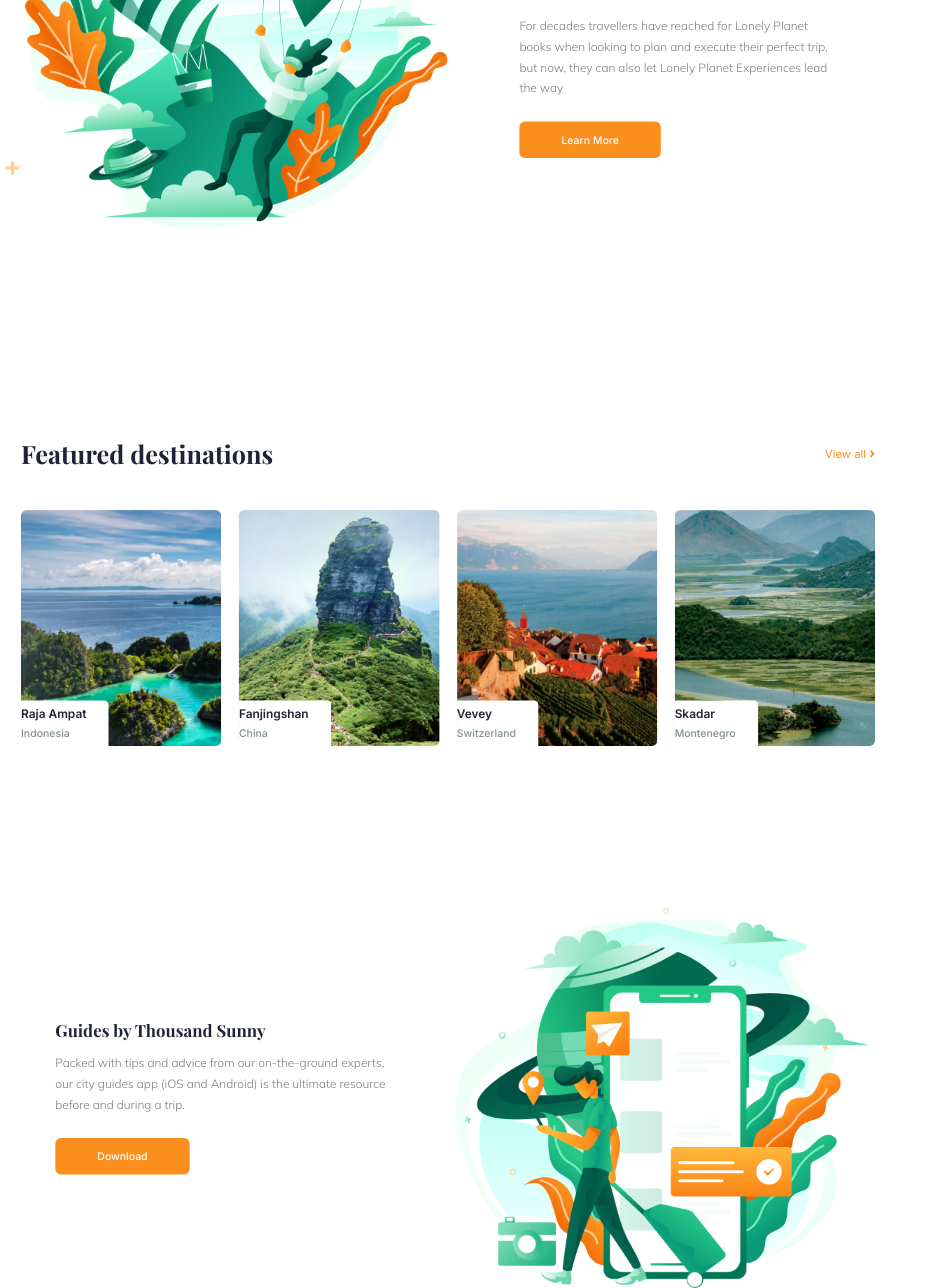
Repository: long5122000/sunny
Page: index.html
An editor plug-in stored every save of this project. The page is shown before and after the next save, followed by the edit.
The browser window is 1280 px wide. The page is 1335 px wide, so the pictures cover 1335 px, including what lies to the right of the window. The pictures show the part of the page from y = 1294 to 3134 px (the page is 3134 px tall), at 70% of full size.
The style sheet was rebuilt from its Sass, Less or Tailwind sources for each picture, by a compiler version that may differ from the author's.

Above is the page before, as saved 2021-11-24 22:46:16.

### index.html
<!DOCTYPE html>
<html lang="en">
  <head>
    <meta charset="UTF-8" />
    <meta http-equiv="X-UA-Compatible" content="IE=edge" />
    <meta name="viewport" content="width=device-width, initial-scale=1.0" />
    <title>Thousand Sunny</title>
    <link rel="preconnect" href="https://fonts.googleapis.com" />
    <link rel="preconnect" href="https://fonts.gstatic.com" crossorigin />
    <link
      href="https://fonts.googleapis.com/css2?family=Inter:wght@400;500;600&family=Mulish:wght@300&family=Playfair+Display:wght@700&display=swap"
      rel="stylesheet"
    />
    <link
      rel="stylesheet"
      href="https://use.fontawesome.com/releases/v5.15.4/css/all.css"
      integrity="sha384-DyZ88mC6Up2uqS4h/KRgHuoeGwBcD4Ng9SiP4dIRy0EXTlnuz47vAwmeGwVChigm"
      crossorigin="anonymous"
    />
    <link rel="stylesheet" href="./css/app.css" />
  </head>
  <body>
    <div class="wrapper">
      <header class="header">
        <div class="container">
          <div class="header-main">
            <img srcset="./images/logo.png 2x" alt="" />
            <ul class="menu">
              <li class="menu-item">
                <a href="#" class="menu-link">Home</a>
              </li>
              <li class="menu-item">
                <a href="#" class="menu-link">Destinations</a>
              </li>
              <li class="menu-item">
                <a href="#" class="menu-link">About</a>
              </li>
              <li class="menu-item">
                <a href="#" class="menu-link">Partner</a>
              </li>
              <li class="menu-item">
                <a href="#" class="btn btn--secondary">Login</a>
              </li>
              <li class="menu-item">
                <a href="#" class="btn btn--primary">Register</a>
              </li>
            </ul>
          </div>
        </div>
      </header>
      <main>
        <section class="hero">
          <div class="container">
            <div class="hero-main">
              <div class="hero-content">
                <h1 class="heading hero-heading">Explore and Travel</h1>
                <div class="hero-caption">Holiday finder</div>
                <div class="hero-form">
                  <div class="dropdown">
                    <div class="dropdown-select">
                      <span class="dropdown-value">Location</span>
                      <i class="fas fa-angle-down"></i>
                    </div>
                    <div class="dropdown-list">
                      <div class="dropdown-item">title</div>
                      <div class="dropdown-item">title</div>
                      <div class="dropdown-item">title</div>
                    </div>
                  </div>
                  <div class="dropdown">
                    <div class="dropdown-select">
                      <span class="dropdown-value">Activity</span>
                      <i class="fas fa-angle-down"></i>
                    </div>
                    <div class="dropdown-list">
                      <div class="dropdown-item">title</div>
                      <div class="dropdown-item">title</div>
                      <div class="dropdown-item">title</div>
                    </div>
                  </div>
                  <div class="dropdown">
                    <div class="dropdown-select">
                      <span class="dropdown-value">Grade</span>
                      <i class="fas fa-angle-down"></i>
                    </div>
                    <div class="dropdown-list">
                      <div class="dropdown-item">title</div>
                      <div class="dropdown-item">title</div>
                      <div class="dropdown-item">title</div>
                    </div>
                  </div>
                  <div class="dropdown">
                    <div class="dropdown-select">
                      <span class="dropdown-value">Date</span>
                      <i class="fas fa-angle-down"></i>
                    </div>
                    <div class="dropdown-list">
                      <div class="dropdown-item">title</div>
                      <div class="dropdown-item">title</div>
                      <div class="dropdown-item">title</div>
                    </div>
                  </div>
                </div>
                <a href="#!" class="btn btn--primary">Explore</a>
              </div>
              <div class="hero-image">
                <img srcset="./images/img1.png 2x" alt="" />
              </div>
            </div>
          </div>
        </section>
        <section class="explore">
          <div class="container">
            <div class="explore-main">
              <div class="explore-image">
                <img srcset="./images/img2.png 2x" alt="" />
              </div>
              <div class="explore-content">
                <h2 class="heading explore-heading heading--small">
                  A new way to explore the world
                </h2>
                <p class="text explore-desc">
                  For decades travellers have reached for Lonely Planet books
                  when looking to plan and execute their perfect trip, but now,
                  they can also let Lonely Planet Experiences lead the way
                </p>
                <div class="btn btn--primary" href="!#">Learn More</div>
              </div>
            </div>
          </div>
        </section>
        <section class="destination">
          <div class="container">
            <div class="destination-header">
              <h2 class="heading heading--small">Featured destinations</h2>
              <a href="#!" class="destination-more">
                <span>View all</span>
                <i class="fas fa-angle-right"></i>
              </a>
            </div>
            <div class="destination-list">
              <div class="destination-item">
                <div class="destination-image">
                  <img srcset="./images/destination1.png 2x" alt="" />
                </div>
                <div class="destination-content">
                  <h3 class="destination-name">Raja Ampat</h3>
                  <span class="destination-country">Indonesia</span>
                </div>
              </div>
              <div class="destination-item">
                <div class="destination-image">
                  <img srcset="./images/destination2.png 2x" alt="" />
                </div>
                <div class="destination-content">
                  <h3 class="destination-name">Fanjingshan</h3>
                  <span class="destination-country">China</span>
                </div>
              </div>
              <div class="destination-item">
                <div class="destination-image">
                  <img srcset="./images/destination3.png 2x" alt="" />
                </div>
                <div class="destination-content">
                  <h3 class="destination-name">Vevey</h3>
                  <span class="destination-country">Switzerland</span>
                </div>
              </div>
              <div class="destination-item">
                <div class="destination-image">
                  <img srcset="./images/destination4.png 2x" alt="" />
                </div>
                <div class="destination-content">
                  <h3 class="destination-name">Skadar</h3>
                  <span class="destination-country">Montenegro</span>
                </div>
              </div>
            </div>
          </div>
        </section>
        <section class="guides">
          <div class="container">
            <div class="guides-main">
              <div class="guides-content">
                <h2 class="heading guides-heading heading-small">
                  Guides by Thousand Sunny
                </h2>
                <div class="text guides-desc">
                  Packed with tips and advice from our on-the-ground experts,
                  our city guides app (iOS and Android) is the ultimate resource
                  before and during a trip.
                </div>
                <a href="#!" class="btn btn--primary">Download</a>
              </div>
              <div class="guides-image">
                <img srcset="./images/img3.png 2x" alt="" />
              </div>
            </div>
          </div>
        </section>
      </main>
    </div>
    <script src="scripts/app.js"></script>
  </body>
</html>

### sass/app.scss
@import "reset";
@import "variables";
@import "global";
@import "typography";
@import "header";
@import "menu";
@import "hero";
@import "explore";
@import "destination";
@import "guides";
@import "footer";

### sass/_variables.scss
$primary-font: "Inter", sans-serif;
$secondary-font: "Playfair Display", serif;
$third-font: "Mulish", sans-serif;
$gray: #b8becd;
$gray-dark: #afb0b9;
$gray-darker: #7d7987;
$gray-darkest: #202336;
$primary-color: #fb8f1d;
$gray-blur: #80918e;

### sass/_global.scss
.wrapper {
  max-width: 1600px;
  margin: 0 auto;
}
.container {
  max-width: 1260px;
  margin: 0 auto;
  padding: 0 20px;
}
ul {
  list-style: none;
}
.btn {
  display: inline-flex;
  justify-content: center;
  align-items: center;
  cursor: pointer;
  font-size: 15px;
  font-weight: 500;
  font-family: $primary-font;
  line-height: 1;
  height: 52px;
  padding: 0 60px;
  border-radius: 8px;
  background-color: transparent;
  border: 0;
  outline: none;
  &--primary {
    color: white;
    background-color: $primary-color;
  }
  &--secondary {
    color: $primary-color;
    border: 1px solid currentColor;
  }
}
.dropdown {
  &-list {
    display: none;
  }
  &-select {
    display: flex;
    justify-content: space-between;
    align-items: center;
    padding: 20px 30px;
    border-radius: 6px;
    border: 1px solid $gray-dark;
    color: $gray-darkest;
    cursor: pointer;
  }
}

### sass/_typography.scss
body {
  font-family: $primary-font;
  font-size: 16px;
  line-height: 1;
  color: $gray;
}
.heading {
  font-family: $secondary-font;
  color: $gray-darkest;
  &--small {
    line-height: 139%;
    font-size: 36px;
  }
}
.text {
  font-weight: 300;
  line-height: 176%;
  font-size: 17px;
  color: $gray-darker;
  font-family: $third-font;
}

### sass/_header.scss
.header {
  padding-top: 45px;
  padding-bottom: 70px;
  &-main {
    display: flex;
    justify-content: space-between;
    align-items: center;
  }
}

### sass/_menu.scss
.menu {
  display: flex;
  align-items: center;
  gap: 0 35px;
  &-link {
    color: inherit;
  }
}

### sass/_hero.scss
.hero {
  margin-bottom: 270px;
  &-main {
    display: flex;
    justify-content: space-between;
    align-items: center;
  }
  &-heading {
    font-size: 64px;
    line-height: 125%;
    margin-bottom: 74px;
  }
  &-caption {
    font-size: 22px;
    font-weight: 600;
    margin-bottom: 48px;
    padding-bottom: 20px;
    display: inline-block;
    position: relative;
    color: $gray-darkest;
    &:before {
      content: "";
      position: absolute;
      bottom: 0;
      left: 0;
      width: 32px;
      height: 2px;
      background-color: $gray-darkest;
    }
  }
  &-content {
    width: 100%;
    max-width: 470px;
  }
  &-image {
    transform: translateX(85px);
  }
  &-form {
    margin-bottom: 50px;
    display: grid;
    grid-template-columns: 1fr 1fr;
    grid-gap: 30px;
  }
}

### sass/_explore.scss
.explore {
  margin-bottom: 292px;
  &-main {
    display: flex;
    justify-content: space-between;
    align-items: center;
    gap: 0 50px;
  }
  &-content {
    max-width: 508px;
    padding-right: 58px;
  }
  &-image {
    transform: translateX(-50px);
  }
  &-heading {
    margin-bottom: 20px;
  }
  &-desc {
    margin-bottom: 33px;
  }
}

### sass/_destination.scss
.destination {
  margin-bottom: 232px;
  &-header {
    display: flex;
    justify-content: space-between;
    align-items: center;
    margin-bottom: 56px;
  }
  &-more {
    color: $primary-color;
    display: flex;
    align-items: center;
    gap: 0 5px;
  }
  &-list {
    display: grid;
    grid-template-columns: repeat(4, 1fr);
    grid-gap: 25px;
  }

  &-item {
    height: 337px;
    position: relative;
  }
  &-image {
    width: 100%;
    height: 100%;
  }
  &-image img {
    border-radius: 8px;
    height: 100%;
    width: 100%;
    object-fit: cover;
  }
  &-content {
    position: absolute;
    bottom: 0;
    left: 0;
    z-index: 2;
    background: #ffffff;
    border-radius: 0px 6px 0px 0px;
    padding: 11px 32px 11px 0;
  }
  &-name {
    font-size: 17px;
    font-weight: 600;
    color: $gray-darkest;
    margin-bottom: 10px;
  }
  &-country {
    font-weight: 500;
    font-size: 15px;
    color: $gray-blur;
  }
}

### sass/_guides.scss
.guides {
  &-main {
    display: flex;
    justify-content: space-between;
    align-items: center;
    gap: 0 80px;
  }
  &-content {
    max-width: 530px;
    padding-left: 49px;
  }
  &-heading {
    margin-bottom: 20px;
  }
  &-desc {
    margin-bottom: 33px;
  }
}

Loaded but not shown: sass/_reset.scss (common file); scripts/app.js (no stored copy; drawn as an empty file); sass/_footer.scss (no stored copy; drawn as an empty file)

After the next save:
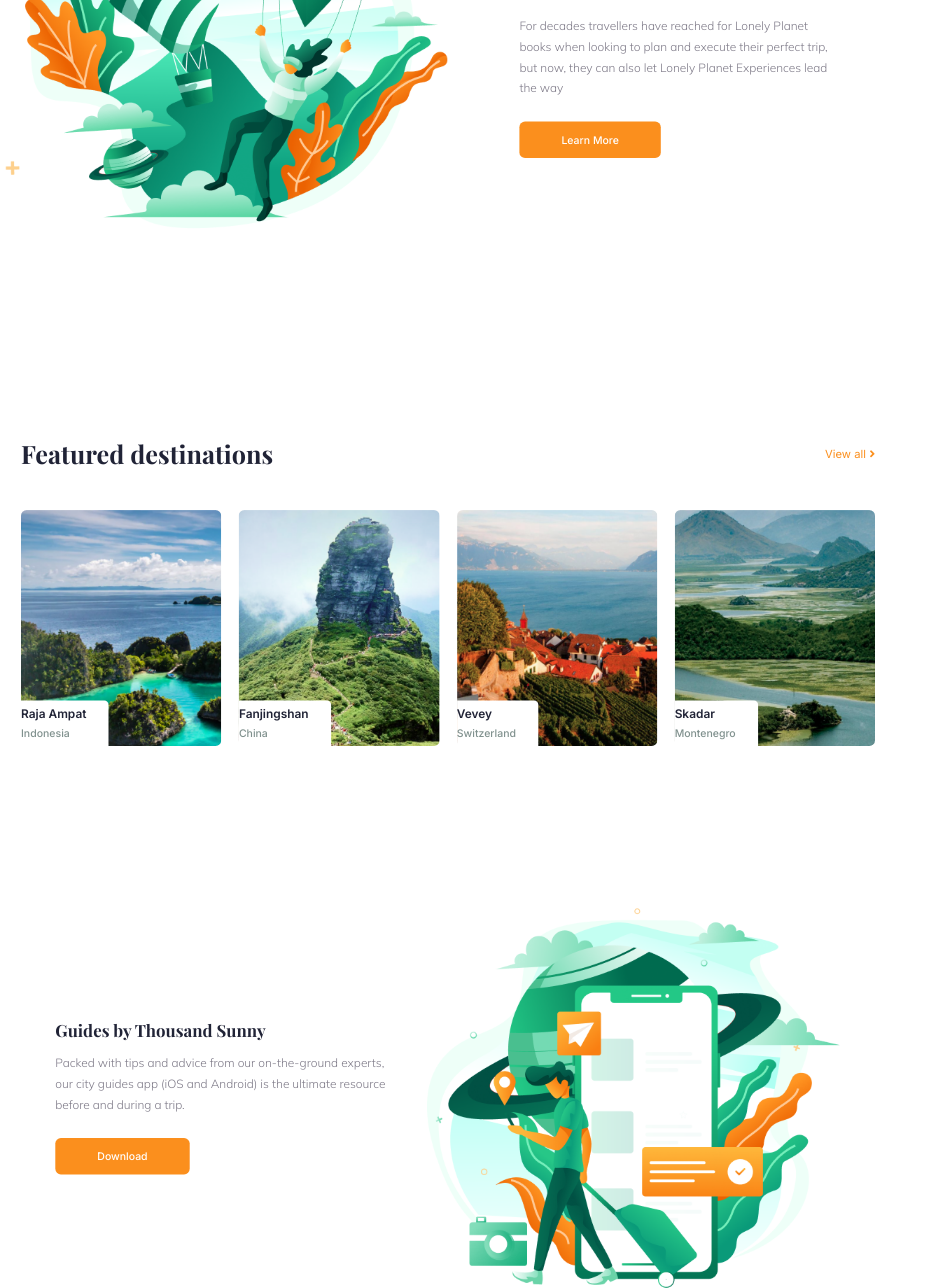
Saved 2 min 28 s later.
--- a/sass/_guides.scss
+++ b/sass/_guides.scss
@@ -9,6 +9,9 @@
     max-width: 530px;
     padding-left: 49px;
   }
+  &-image {
+    transform: translateX(-41px);
+  }
   &-heading {
     margin-bottom: 20px;
   }
